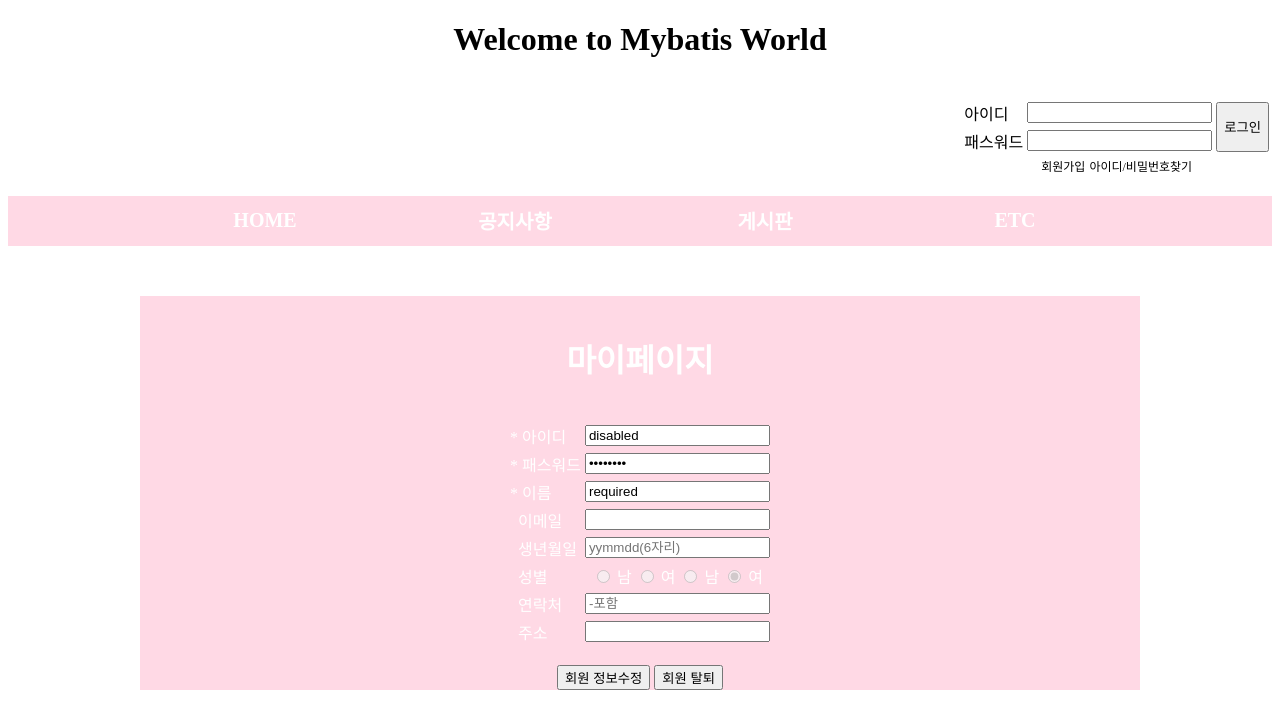
Repository: smjae96/Backup
Page: http://localhost/mybatisProject/WEB-INF/views/member/myPage.jsp
The author's editor kept a copy of each file at every save. The page is drawn from the files as they stood at one save, then again after the next save.
The browser window is 1280 px wide. The pictures show the whole page.
The page is served by Tomcat 9. Nobody is signed in. The template is opened directly, without the code that normally fills it, so the values that code supplies are empty.

Above is the page before, as saved 2024-04-03 06:50:13.

After the next save:
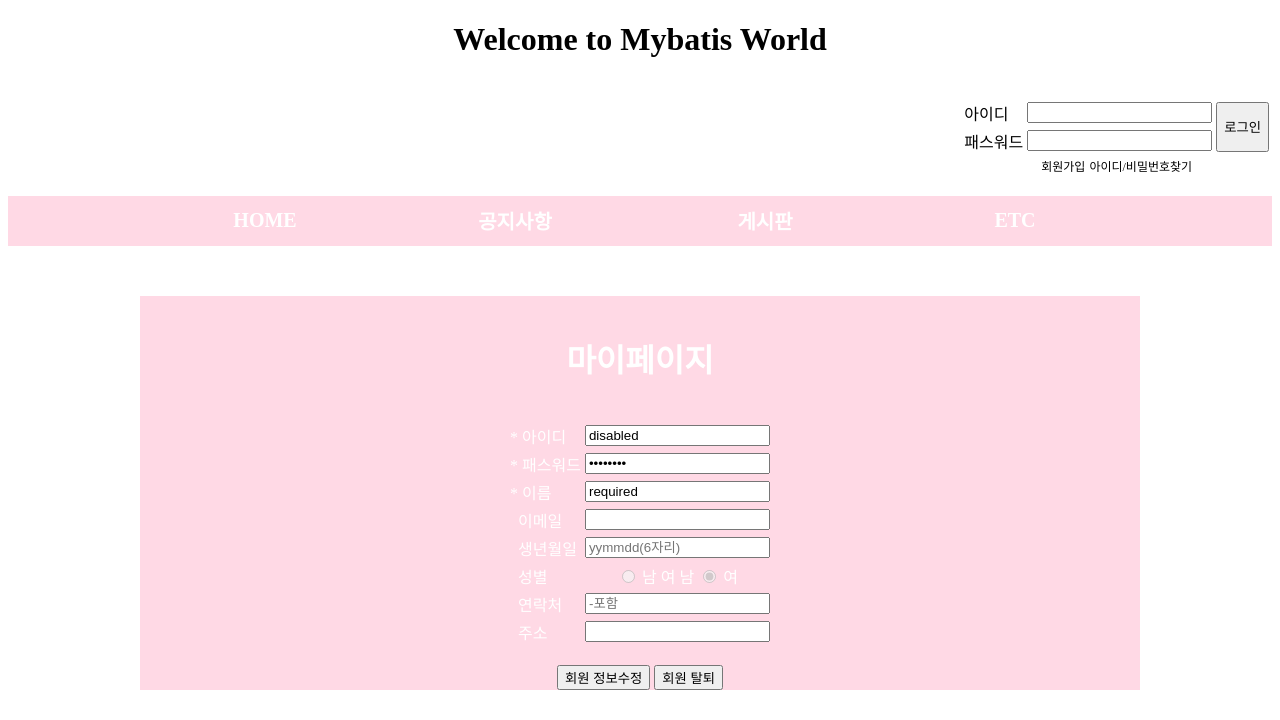
Saved 74 s later.
--- a/6_mybatis/mybatisProject/webapp/WEB-INF/views/member/myPage.jsp
+++ b/6_mybatis/mybatisProject/webapp/WEB-INF/views/member/myPage.jsp
@@ -51,10 +51,10 @@
 
 						<c:when test="${loginUser.gender eq 'M'}">
 							<input type="radio" name="gender" value="M" checked disabled> 남
-							<input type="radio" name="gender" value="F" disabled> 여
+							<input type="hidden" name="gender" value="F" disabled> 여
 						</c:when>
 						<c:otherwise>
-							<input type="radio" name="gender" value="M"  disabled> 남
+							<input type="hidden" name="gender" value="M"  disabled> 남
 							<input type="radio" name="gender" value="F" checked disabled> 여
 						</c:otherwise>
 
